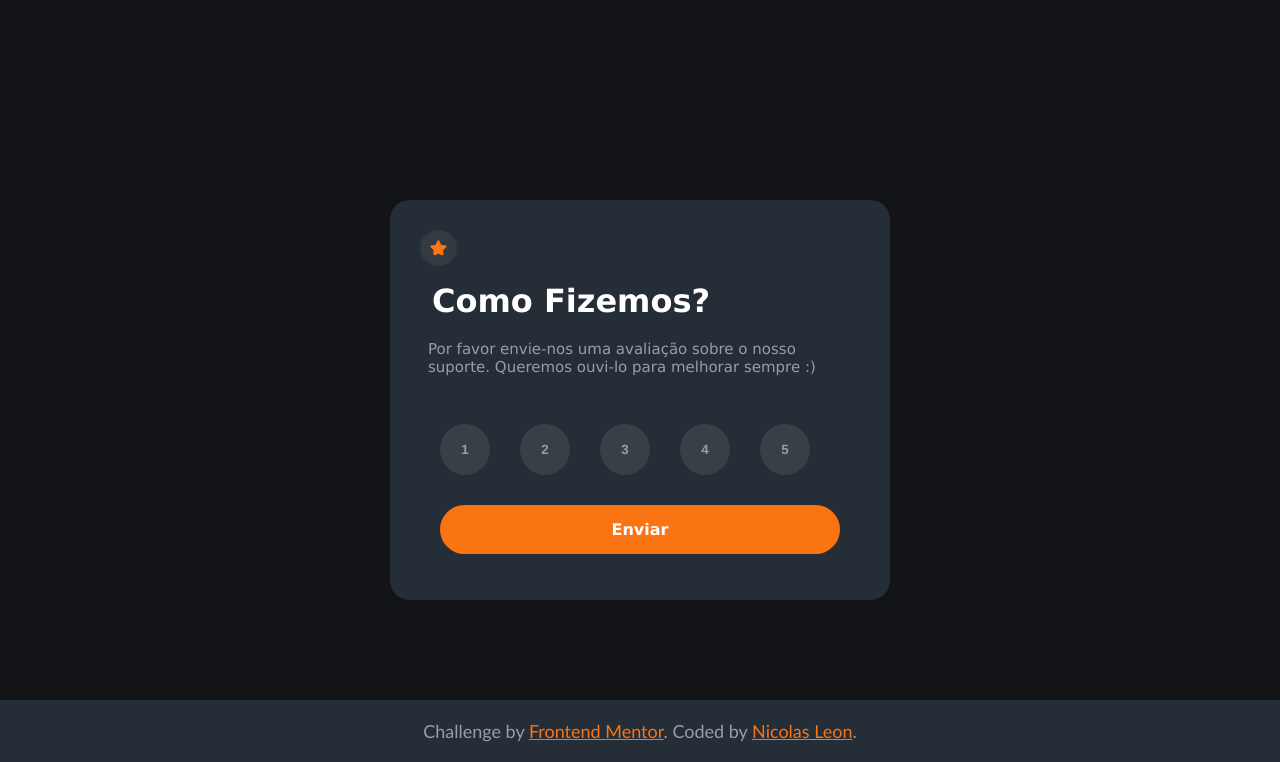
Repository: Leonngc/projeto-avaliacao
Page: index.html
An editor plug-in stored every save of this project. The page is shown before and after a run of saves, followed by the edit.
The browser window is 1280 px wide. The pictures show the whole page.
After loading, the first visible `#submit-btn` was clicked once.

Above is the page before, as saved 2023-01-30 02:10:59.
Console error: ReferenceError: car is not defined

### index.html
<!DOCTYPE html>
<html lang="pt-br">

<head>
  <meta charset="UTF-8">
  <meta name="viewport" content="width=device-width, initial-scale=1.0">
  <!-- displays site properly based on user's device -->

  <link rel="icon" type="image/png" sizes="32x32" href="./images/favicon-32x32.png">
  <script src="js/index.js" defer></script>

  <title>Frontend Mentor | Interactive rating component</title>

  <link rel="stylesheet" href="styles/style.css">
</head>

<body>

  <!-- Rating state start -->
  <div id="card">
    <img src="images/icon-star.svg" alt="" id="icon">
    <div id="mensage">
      <h1>Como Fizemos?</h1>
      <p>Por favor envie-nos uma avaliação sobre o nosso suporte. Queremos ouvi-lo para melhorar sempre :)</p>
    </div>

    <ul id="container-btns">
      <li><button class="rate-btn">1</button></li>
      <li><button class="rate-btn">2</button></li>
      <li><button class="rate-btn">3</button></li>
      <li><button class="rate-btn">4</button></li>
      <li><button class="rate-btn">5</button></li>
    </ul>
    <button id="submit-btn">Enviar</button>
    </div>

  <!-- Rating state end -->

  <!-- Thank you state start -->

  <section id="result-avaliation">
    <div id="thank-image">
      <img src="images/illustration-thank-you.svg" alt="">
    </div>
    <span id="avaliation-user">You selected <!--ratting result --> out of 5</span>
    <h1>Thank you!</h1>
    <p id="thanks-mensage">
      We appreciate you taking the time to give a rating. If you ever need more support,
      don’t hesitate to get in touch!
    </p>
  </section>

  <!-- Thank you state end -->


  <footer class="attribution">
    Challenge by <a href="https://www.frontendmentor.io?ref=challenge" target="_blank">Frontend Mentor</a>.
    Coded by <a href="#">Nicolas Leon</a>.
  </footer>
</body>

</html>

### js/index.js
const rateBtn = document.querySelectorAll('.rate-btn');
const sent = document.querySelector('#submit-btn');
const card = document.querySelector('#card')
const avaliation = document.querySelector("#result-avaliation")
const userRatting = document.querySelector('#avaliation-user')

sent.addEventListener('click', ()=>{
    car
})


rateBtn.forEach((rate) =>{
    rate.addEventListener("click", () =>{

    })
});

### styles/style.css
:root {
  --very-dark-blue: hsl(216, 12%, 8%);
  --dark-blue: hsl(213, 19%, 18%);
  --medium-grey: hsl(216, 12%, 54%);
  --light-grey: hsl(217, 12%, 63%);
}

* {
  margin: 0;
  padding: 0;
  box-sizing: border-box;
}

body {
  background-color: var(--very-dark-blue);
}

#card {
  background-color: var(--dark-blue);
  width: 500px;
  height: 400px;
  margin: auto;
  margin-top: 200px;
  padding: 30px;
  border-radius: 20px;
}

#icon {
  background-color: rgba(124, 122, 122, 0.162);
  padding: 10px;
  border-radius: 50%;
}

#mensage > h1 {
  font-family: "Lucida Sans", "Lucida Sans Regular", "Lucida Grande",
    "Lucida Sans Unicode", Geneva, Verdana, sans-serif;
  color: white;
  padding: 12px;
}

#mensage > p {
  padding: 8px;
  font-size: 15px;
  font-family: Verdana, Geneva, Tahoma, sans-serif;
  color: var(--light-grey);
}

#container-btns {
  display: flex;
  margin-top: 40px;
  justify-content: center;
}

li {
  list-style: none;
  align-items: center;
  justify-content: center;
}

.rate-btn {
  margin-right: 30px;
  padding: 18px;
  border-radius: 50%;
  border: none;
  width: 50px;
  background-color: rgba(128, 128, 128, 0.216);
  color: var(--light-grey);
  font-family: "Franklin Gothic Medium", "Arial Narrow", Arial, sans-serif;
  font-weight: bolder;
}

.rate-btn:hover {
  background-color: var(--light-grey);
  color: white;
}

.rate-btn:focus{
  background-color: hsl(25, 97%, 53%);
  color: white;
}

#submit-btn {
  display: block;
  margin: auto;
  margin-top: 30px;
  width: 400px;
  padding: 15px;
  border-radius: 30px;
  border: none;
  font-size: 16px;
  font-family: Verdana, Geneva, Tahoma, sans-serif;
  font-weight: bolder;
  background-color: hsl(25, 97%, 53%);
  color: white;
}

#submit-btn:hover{
  background-color: white;
  color: hsl(25, 97%, 53%);
}

#result-avaliation{
  background-color: var(--dark-blue);
  width: 500px;
  height: 400px;
  margin: auto;
  padding: 30px;
  border-radius: 20px;
  text-align: center;
  display: none;
}
#avaliation-user{
  display: block;
  background-color: hsla(216, 12%, 8%, 0.353);
  width: 200px;
  padding: 10px;
  margin: auto;
  margin-top: 20px;
  border-radius: 20px;
  font-family: 'Gill Sans', 'Gill Sans MT', Calibri, 'Trebuchet MS', sans-serif;
  font-size: 16px;
  color: hsl(25, 97%, 53%);
}


#result-avaliation > h1{
  margin-top: 40px;
  margin-bottom: 20px;
  color: white;
  font-family: 'Gill Sans', 'Gill Sans MT', Calibri, 'Trebuchet MS', sans-serif;
}

#thanks-mensage{
  margin: auto;
  color: var(--light-grey);
  font-size: 20px;
  font-family: 'Gill Sans', 'Gill Sans MT', Calibri, 'Trebuchet MS', sans-serif;
  width:384px;
}

footer{
  margin-top: 100px;
  padding: 20px;
  text-align: center;
  background-color: var(--dark-blue);
  color: var(--light-grey);
  font-size: 18px;
  font-family: 'Gill Sans', 'Gill Sans MT', Calibri, 'Trebuchet MS', sans-serif;
}

footer > a{
  color: hsl(25, 97%, 53%);
}

After the next 6 saves:
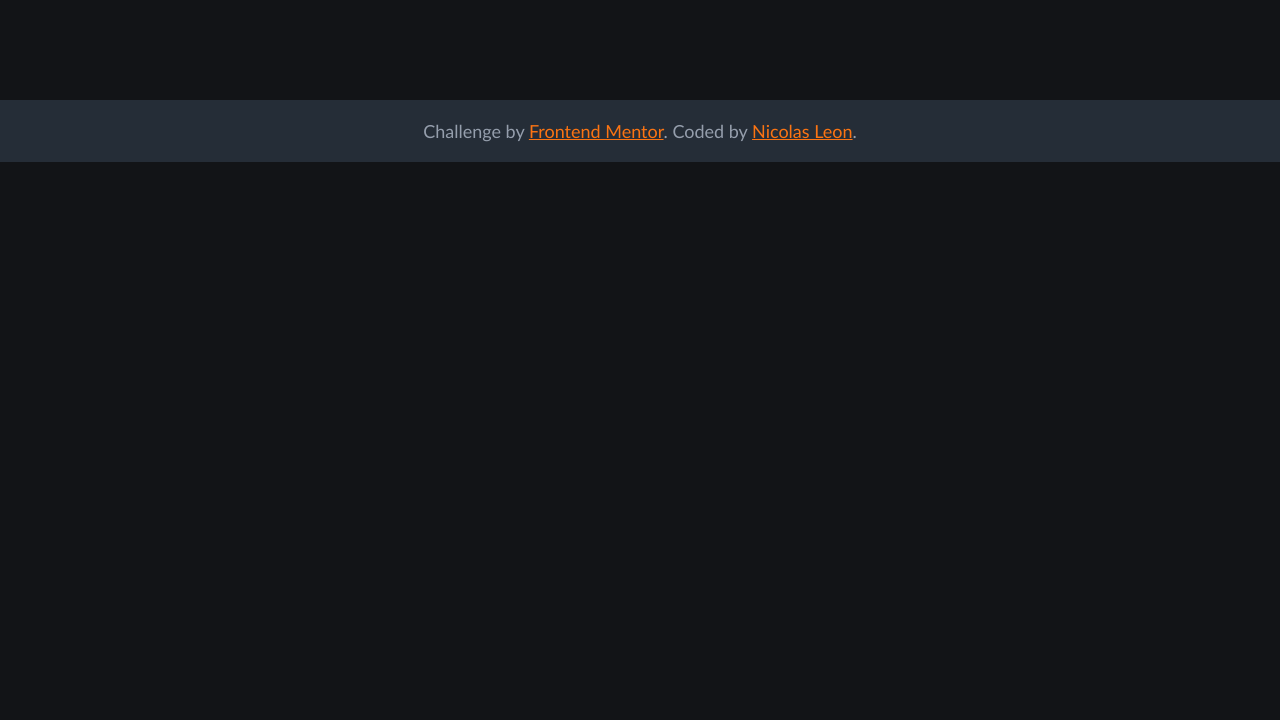
The error is gone.
The 6 saves are shown as one change because they came seconds apart.
The last was saved 15 s later.
--- a/js/index.js
+++ b/js/index.js
@@ -5,7 +5,7 @@ const avaliation = document.querySelector("#result-avaliation")
 const userRatting = document.querySelector('#avaliation-user')
 
 sent.addEventListener('click', ()=>{
-    car
+    avaliation.appendChild(card)
 })
 
 
